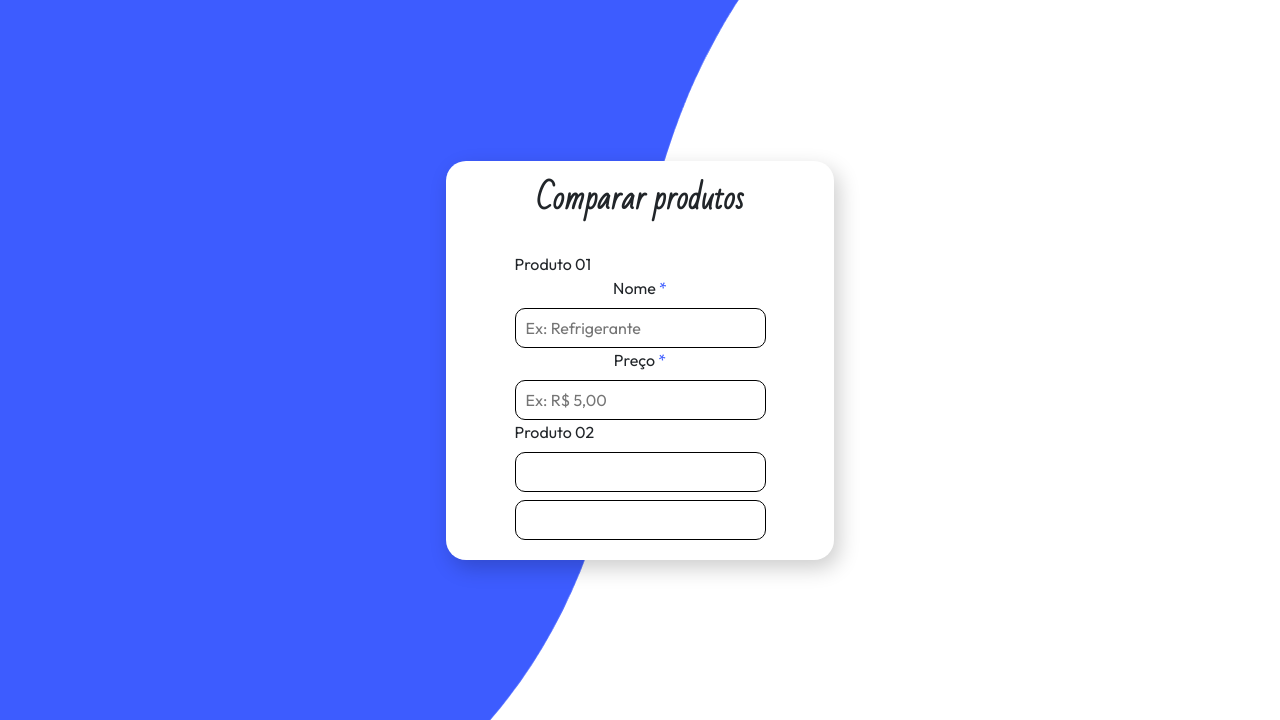
Repository: GabrielMA0/CheckMart
Page: /compare-product
An editor plug-in stored every save of this project. The page is shown before and after the next save, followed by the edit.
The browser window is 1280 px wide. The pictures show the whole page.
The project was rebuilt for these pictures with package versions that can differ from the ones it lists, and the page was loaded fresh each time. Also part of the build but not shown: vite.config.js, src/components/Button.vue, src/stores/cart.js, src/stores/modal.js, src/components/Header.vue, src/components/Cart.vue, src/components/Modal.vue.

Above is the page before, as saved 2025-08-06 19:14:38.

### index.html
<!DOCTYPE html>
<html lang="pt-br">
  <head>
    <meta charset="UTF-8">
    <meta name="viewport" content="width=device-width, initial-scale=1.0">
    <link rel="shortcut icon" href="./public/icons/3b788fdf-f1e4-400e-a77d-d7600fce64ce 1.svg" type="image/x-icon">
    <link rel="stylesheet" href="https://fonts.googleapis.com/css2?family=Material+Symbols+Outlined:opsz,wght,FILL,GRAD@20..48,100..700,0..1,-50..200" />
    <title>CheckMart</title>
  </head>
  <body>
    <div id="app"></div>
    <script type="module" src="/src/main.js"></script>
  </body>
</html>

### src/main.js
import { createApp } from 'vue';
import App from './App.vue';
import { createPinia } from 'pinia'
import piniaPluginPersistedstate from 'pinia-plugin-persistedstate'
import 'bootstrap/dist/css/bootstrap.css'
import 'bootstrap'
import './registerServiceWorker'
import router from './router/router'

const app = createApp(App);
const pinia = createPinia()

pinia.use(piniaPluginPersistedstate)

app.use(pinia)
app.use(router)
app.mount('#app');

### src/App.vue
<template>
  <div class="container-main">
    <div class="img-background"></div>
    <router-view />
  </div>
</template>

<script setup>
</script>

<style lang="scss">
  @import url('https://fonts.googleapis.com/css2?family=Bad+Script&display=swap');
  @import url('https://fonts.googleapis.com/css2?family=Outfit:wght@100;200;300;400;500;600;700;800;900&display=swap');

  .img-background{
    background-position: center;
    background-image: url("./assets/Background.svg");
    background-repeat: no-repeat;
    background-attachment: fixed;
    background-size: cover;
    position: absolute;
    top: 0;
    bottom: 0;
    left: 0;
    right: 0;
    z-index: -1;
  }

  .container-main{
    display: flex;
    flex-direction: column;
    align-items: center;
    justify-content: center;
    margin: 0;
    padding: 0;
    width: 100% !important;
    height: 100vh;
  }
</style>

### src/router/router.js
import { createRouter, createWebHistory } from 'vue-router'
import Home from '../views/Home.vue'
import CompareProduct from '../views/CompareProduct.vue'

const routes = [
    { path: '/', component: Home },
    { path: '/compare-product', component: CompareProduct },
]

const router = createRouter({
    history: createWebHistory(),
    routes
})

export default router

### src/views/Home.vue
<template>
    <Header/>
    <main>
      <Modal/>
      <Cart/>
    </main>
</template>

<script setup>
  import Header from '../components/Header.vue';
  import Cart from '../components/Cart.vue';
  import Modal from '../components/Modal.vue';
</script>

<style lang="scss">

// ---ANIMAÇÕES---
    @keyframes slide-bottom {
        0% {
            transform: translateY(-100px);
            opacity: 0;
          }
          100% {
            transform: translateY(0);
            opacity: 1;
        }
    }
    @keyframes slide-top {
        0% {
            transform: translateY(0);
            opacity: 1;
        }
        100% {
            transform: translateY(-100px);
            opacity: 0;
        }
    }
    @keyframes opacity-entrances {
        0% {
            opacity: 0;
        }
        100% {
            opacity: 1;
        }
    }
    @keyframes opacity-exits {
        0% {
            opacity: 1;
        }
        100% {
            opacity: 0;
        }
    }
    .open-modal-animation{
        animation-name: slide-bottom;
        animation-duration: 0.5s;
    }
    .close-modal-animation{
        animation-name: slide-top;
        animation-duration: 0.5s;
    }
    .open-message-alert-warning{
      animation-name: opacity-entrances;
      animation-duration: 0.3s;
    }
    .close-message-alert-warning{
      animation-name: opacity-exits;
      animation-duration: 0.3s;
    }

    // ---ANIMAÇÕES---

  body, html{
    margin: 0;
    padding: 0;
    box-sizing: border-box;
    font-family: 'Outfit', sans-serif !important;
  }
  h1,h2{
    font-family: 'Bad Script', cursive;
    font-weight: bold !important;
  }

  input, select{
    padding: 0 10px;
    height: 40px;
    border-radius: 10px;
    border: 1px solid black;
    outline: none;
    @media (max-width: 425px) {
      padding: 5px;
      width: 100%;
    }
  }
  .background{
    width: 100vw;
    height: 100vh;
    position: absolute;
    top: 0;
    left: 0;
    background-color: rgba(0,0,0,0.5);
    z-index: 1;
  }
  .field-error{
    border: 1px solid red;
    background-color: rgba(255, 0, 0, 0.2);
  }

</style>

### src/views/CompareProduct.vue
<script setup>
import Container from '../components/Container.vue'
import Subtitle from '../components/Subtitle.vue'
import Input from '../components/Input.vue'
</script>

<template>
    <Container>
        <Subtitle>Comparar produtos</Subtitle>
        <div>
            <div>
                <span>Produto 01</span>
                <Input
                label="Nome"
                placeholder="Ex: Refrigerante"
                type="text"
                v-model="product"
                :isRequired="true"
                :hasError="submitCount > 0 && productError ? true : false"
                :messageError="productError"
                id="productField"
                />
                <Input
                label="Preço"
                placeholder="Ex: R$ 5,00"
                type="text"
                v-model.lazy="price"
                v-money="money"
                @keydown="blockNegativeNumbers"
                :isRequired="true"
                :hasError="submitCount > 0 && priceError ? true : false"
                :messageError="priceError"
                />
            </div>
            <div>
                <span>Produto 02</span>
                <div>
                    <Input/>
                    <Input/>
                </div>
            </div>
        </div>
    </Container>
</template>

<style lang="scss">
</style>

### src/components/Container.vue
<script setup>
</script>

<template>
    <div class="container">
        <slot></slot>
    </div>
</template>

<style lang="scss" scoped>

    .container{
        display: flex;
        align-items: center;
        flex-direction: column;
        background-color: white;
        box-shadow: 5px 8px 21px rgba(0,0,0,0.2);
        width: 388px;
        padding: 20px;
        border-radius: 20px;
        gap: 20px;

        @media (max-width: 425px) {
            width: 90vw;
            height: auto;
            padding: 20px 0;
        }
    }
</style>

### src/components/Subtitle.vue
<script>

</script>

<template>
    <h2>
        <slot></slot>
    </h2>
</template>

<style lang="scss" scoped>
    h2 {
        padding-bottom: 15px;
        font-size: 30px;
        margin: 0;
    }
</style>

### src/components/Input.vue
<script setup>
    const props = defineProps({
        label: String,
        placeholder: String,
        type: String,
        modelValue: String,
        messageError: String,
        id: String,
        inputmode: String,
        pattern: String,
        min: String,
        ref: String,
        isRequired: Boolean,
        hasError: Boolean,
    })
</script>

<template>
    <div class="container-field">
        <label :for="id">{{label}} <span v-show="isRequired" class="asterisk">*</span></label>
        <input
        :type="type"
        :id="id"
        :placeholder="placeholder"
        :value="modelValue"
        :inputmode="inputmode"
        :pattern="pattern"
        :min="min"
        @input="$emit('update:modelValue', $event.target.value)"
        :class="{ 'field-error': hasError }"
        :ref="ref">


        <span class="error-message" v-show="hasError">{{ messageError }}</span>
    </div>
</template>

<style lang="scss" scoped>
    .container-field {
        display: flex;
        flex-direction: column;
        gap: 4px;
        align-items: center;
        position: relative;

        .asterisk {
            color: #3D5CFF;
        }

        label {
            padding-bottom: 4px;
            cursor: text;
        }

        .error-message{
            color: #EC3737;
            font-size: 12px;
            position: absolute;
            bottom: -20px;
        }
    }
</style>

Loaded but not shown: src/registerServiceWorker.js (common file)

After the next save:
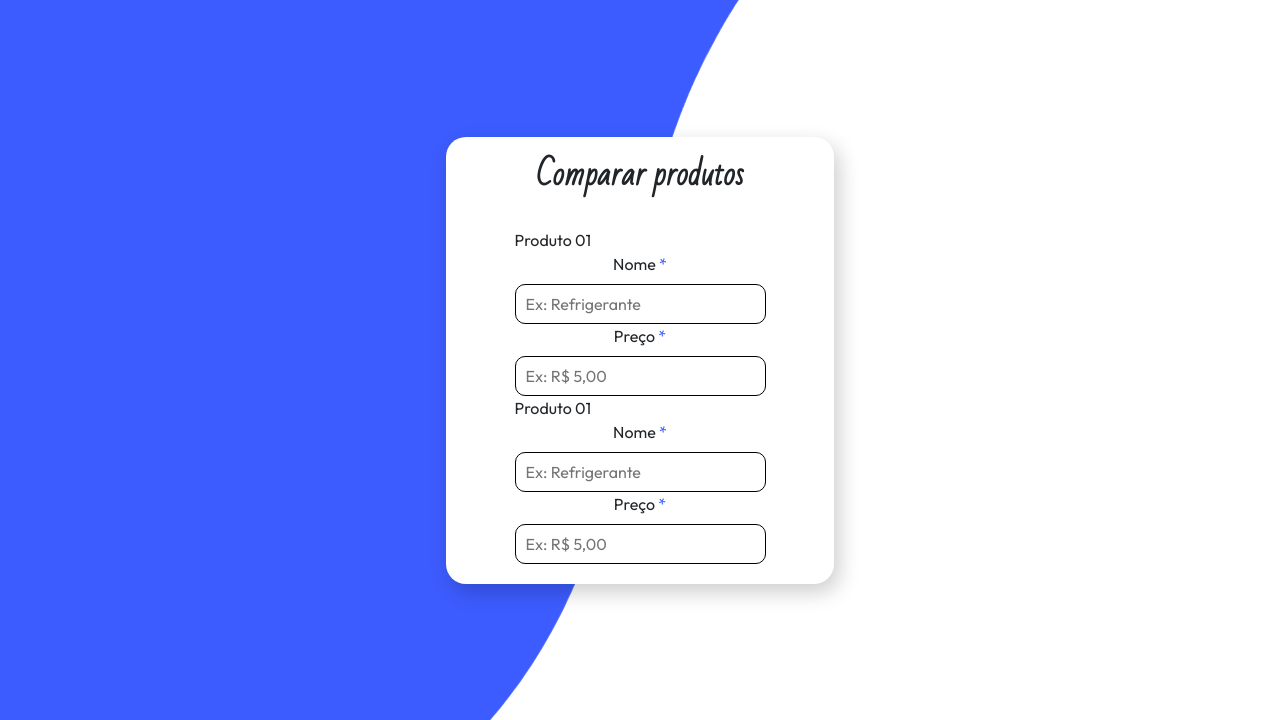
Saved 20 s later.
--- a/src/views/CompareProduct.vue
+++ b/src/views/CompareProduct.vue
@@ -33,11 +33,28 @@ import Input from '../components/Input.vue'
                 />
             </div>
             <div>
-                <span>Produto 02</span>
-                <div>
-                    <Input/>
-                    <Input/>
-                </div>
+                <span>Produto 01</span>
+                <Input
+                label="Nome"
+                placeholder="Ex: Refrigerante"
+                type="text"
+                v-model="product"
+                :isRequired="true"
+                :hasError="submitCount > 0 && productError ? true : false"
+                :messageError="productError"
+                id="productField"
+                />
+                <Input
+                label="Preço"
+                placeholder="Ex: R$ 5,00"
+                type="text"
+                v-model.lazy="price"
+                v-money="money"
+                @keydown="blockNegativeNumbers"
+                :isRequired="true"
+                :hasError="submitCount > 0 && priceError ? true : false"
+                :messageError="priceError"
+                />
             </div>
         </div>
     </Container>
